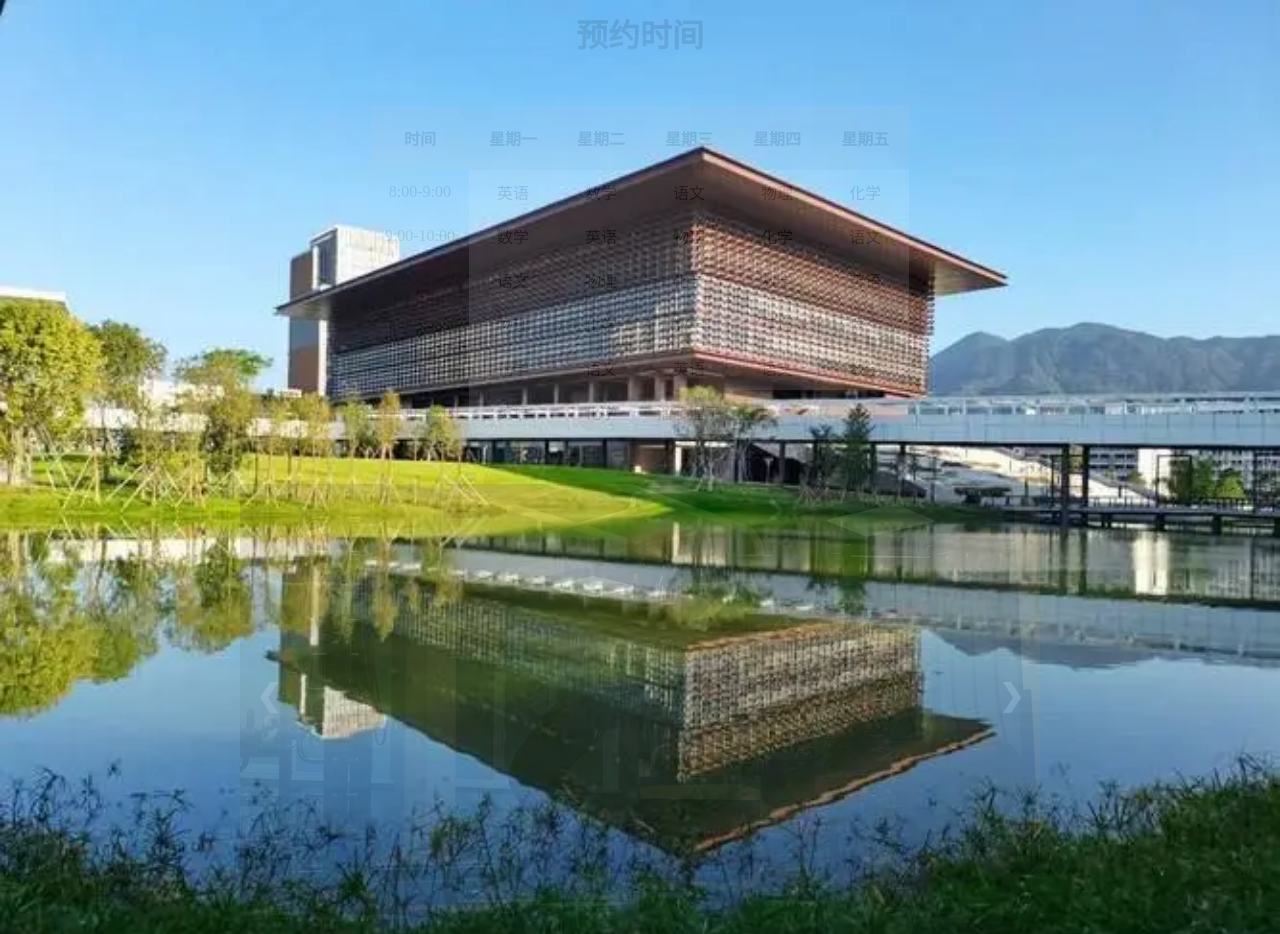
Repository: wupeng6666/Sports-Hall-Booking-System
Page: LearingDjango/app01/templates/yuyue.html
These files come from the project's save history. The page is drawn as it stood at one moment and after a run of saves; the edit follows.
The browser window is 1280 px wide. The pictures show the whole page.
Backgrounds fixed to the window are drawn as part of the page. The template is drawn by Django 4.2. The application's start-up code is not run. The template is opened directly, without the code that normally fills it, so the values that code supplies are empty.

Above is the page before, as saved 2023-06-07 14:07:52.

After the next 2 saves:
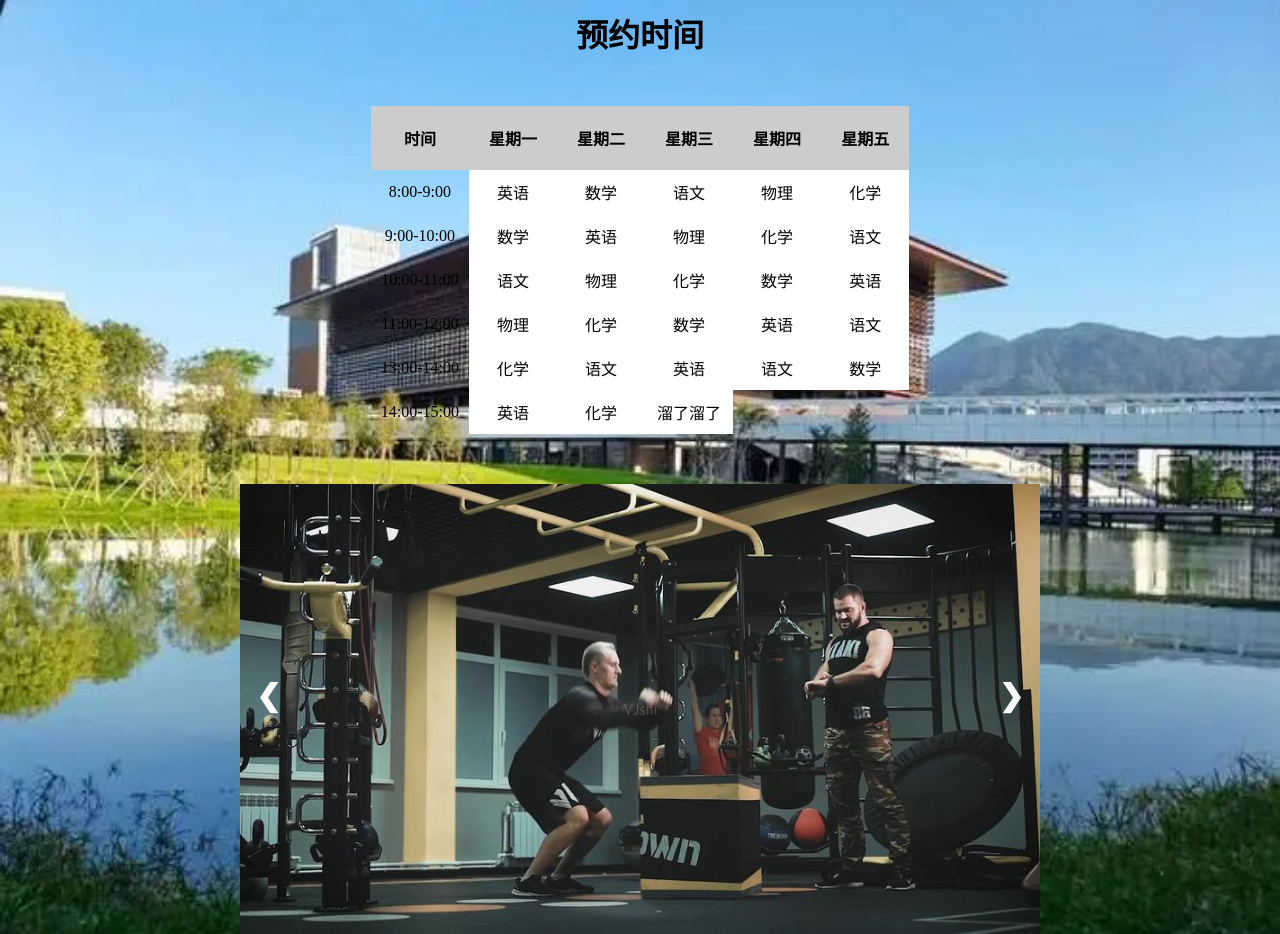
The 2 saves are shown as one change because they came seconds apart.
The last was saved 9 s later.
--- a/LearingDjango/app01/templates/yuyue.html
+++ b/LearingDjango/app01/templates/yuyue.html
@@ -16,7 +16,7 @@
         -moz-background-size: cover;
         -o-background-size: cover;
         background-size: cover;
-        opacity: 0.1;
+        opacity: 2;
     }
     h1 {
         text-align: center;
